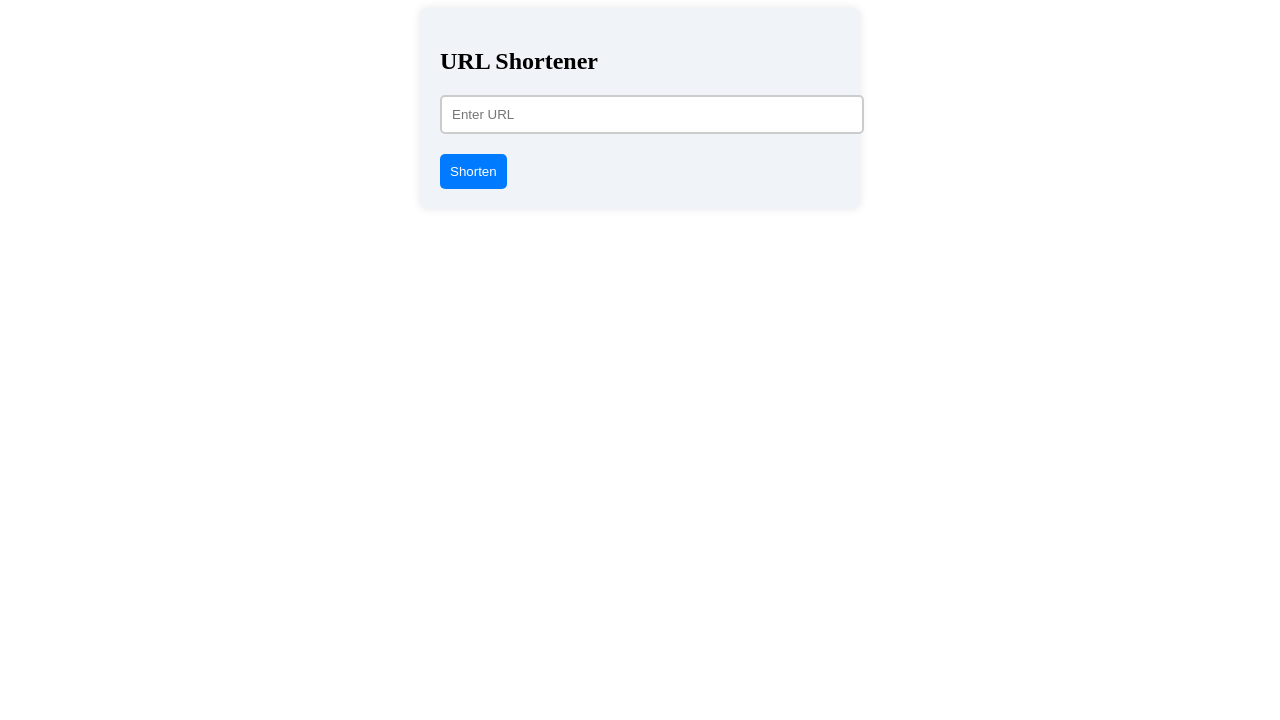
Repository: Tabishhaider72/Backend-Developer-Internship-Assignment
Page: / (app in frontend/)
An editor plug-in stored every save of this project. The page is shown before and after the next save, followed by the edit.
The browser window is 1280 px wide. The pictures show the whole page.
The project was rebuilt for these pictures with package versions that can differ from the ones it lists, and the page was loaded fresh each time.

Above is the page before, as saved 2024-07-13 20:23:09.

After the next save:
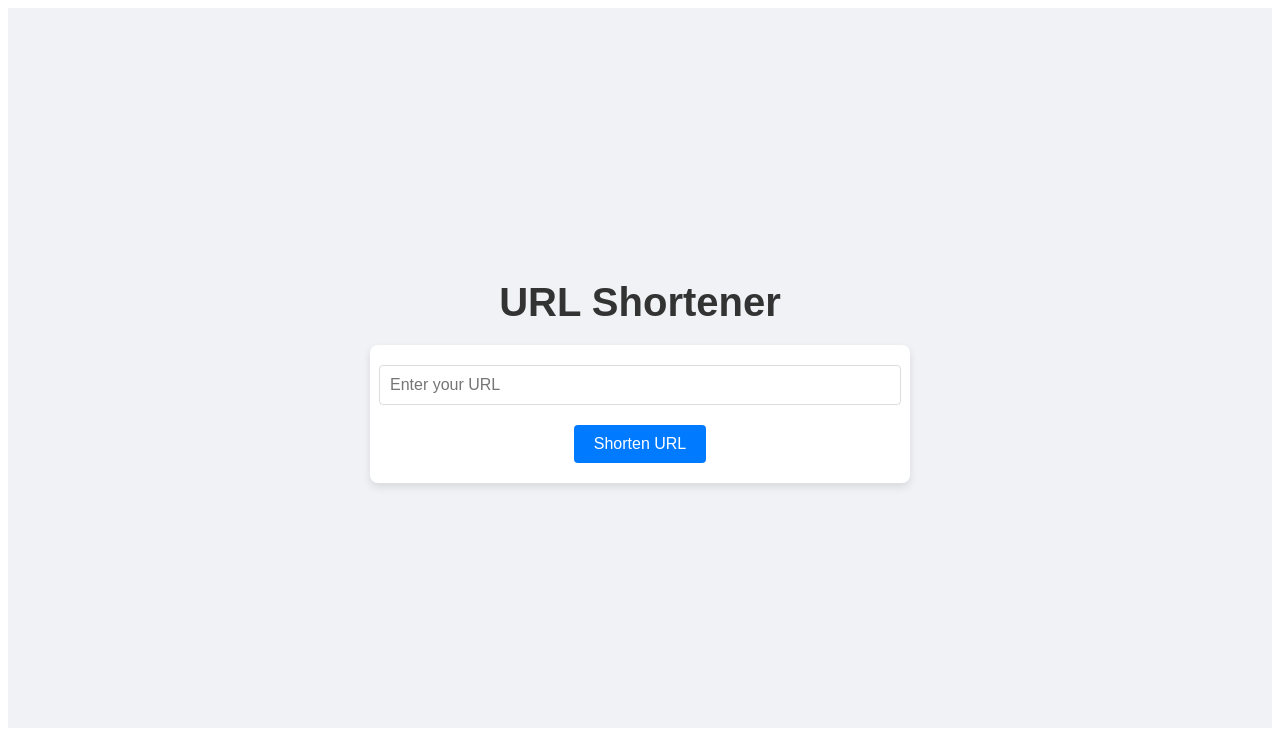
Saved 4 h 23 min later.
--- a/frontend/src/components/UrlInput.js
+++ b/frontend/src/components/UrlInput.js
@@ -1,12 +1,14 @@
+// frontend/src/components/UrlInput.js
+
 import React, { useState } from 'react';
-import './UrlInput.css'; // Importing internal CSS file
 
 const UrlInput = () => {
   const [originalUrl, setOriginalUrl] = useState('');
   const [shortenedUrl, setShortenedUrl] = useState('');
-  const [errorMessage, setErrorMessage] = useState('');
+  const [copySuccess, setCopySuccess] = useState('');
 
-  const handleShortenUrl = async () => {
+  const handleSubmit = async (e) => {
+    e.preventDefault();
     try {
       const response = await fetch('http://localhost:5000/shorten', {
         method: 'POST',
@@ -15,64 +17,103 @@ const UrlInput = () => {
         },
         body: JSON.stringify({ originalUrl }),
       });
-
-      if (!response.ok) {
-        throw new Error('Error shortening URL');
-      }
-
       const data = await response.json();
       setShortenedUrl(`http://localhost:5000/${data.shortCode}`);
     } catch (error) {
       console.error('Error shortening URL:', error);
-      setErrorMessage('Failed to shorten URL');
     }
   };
 
-  const handleInputChange = (event) => {
-    setOriginalUrl(event.target.value);
-  };
-
-  const handleCopyToClipboard = () => {
+  const handleCopy = () => {
     navigator.clipboard.writeText(shortenedUrl);
-    alert('Copied to clipboard!');
+    setCopySuccess('Copied!');
+    setTimeout(() => setCopySuccess(''), 2000);
   };
 
   return (
-    <div className="container mx-auto mt-5 text-center">
-      <div className="url-input-container">
-        <h2 className="mb-4">URL Shortener</h2>
+    <div style={styles.container}>
+      <h1 style={styles.heading}>URL Shortener</h1>
+      <form onSubmit={handleSubmit} style={styles.form}>
         <input
           type="text"
           value={originalUrl}
-          onChange={handleInputChange}
-          placeholder="Enter URL"
-          className="url-input"
+          onChange={(e) => setOriginalUrl(e.target.value)}
+          placeholder="Enter your URL"
+          style={styles.input}
         />
-        <br />
-        <button
-          onClick={handleShortenUrl}
-          className="url-button"
-        >
-          Shorten
-        </button>
-        {shortenedUrl && (
-          <div className="mt-3">
-            <p className="mb-2">Shortened URL:</p>
-            <a href={shortenedUrl} target="_blank" rel="noopener noreferrer" className="shortened-url">
-              {shortenedUrl}
-            </a>
-            <button
-              onClick={handleCopyToClipboard}
-              className="copy-button"
-            >
-              Copy
-            </button>
-          </div>
-        )}
-        {errorMessage && <p className="error-message">{errorMessage}</p>}
-      </div>
+        <button type="submit" style={styles.button}>Shorten URL</button>
+      </form>
+      {shortenedUrl && (
+        <div style={styles.result}>
+          <p style={styles.shortenedUrl}>{shortenedUrl}</p>
+          <button onClick={handleCopy} style={styles.button}>Copy URL</button>
+          {copySuccess && <span style={styles.copySuccess}>{copySuccess}</span>}
+        </div>
+      )}
     </div>
   );
 };
 
+const styles = {
+  container: {
+    display: 'flex',
+    flexDirection: 'column',
+    alignItems: 'center',
+    justifyContent: 'center',
+    height: '100vh',
+    backgroundColor: '#f0f2f5',
+    fontFamily: 'Arial, sans-serif',
+  },
+  heading: {
+    fontSize: '2.5em',
+    color: '#333',
+    marginBottom: '20px',
+  },
+  form: {
+    display: 'flex',
+    flexDirection: 'column',
+    alignItems: 'center',
+    width: '100%',
+    maxWidth: '500px',
+    padding: '20px',
+    backgroundColor: '#fff',
+    boxShadow: '0 4px 8px rgba(0, 0, 0, 0.1)',
+    borderRadius: '8px',
+  },
+  input: {
+    padding: '10px',
+    fontSize: '1em',
+    width: '100%',
+    marginBottom: '20px',
+    border: '1px solid #ddd',
+    borderRadius: '4px',
+  },
+  button: {
+    padding: '10px 20px',
+    fontSize: '1em',
+    cursor: 'pointer',
+    backgroundColor: '#007bff',
+    color: '#fff',
+    border: 'none',
+    borderRadius: '4px',
+    transition: 'background-color 0.3s',
+  },
+  buttonHover: {
+    backgroundColor: '#0056b3',
+  },
+  result: {
+    marginTop: '20px',
+    textAlign: 'center',
+  },
+  shortenedUrl: {
+    fontSize: '1.2em',
+    color: '#333',
+    marginBottom: '10px',
+  },
+  copySuccess: {
+    color: 'green',
+    marginLeft: '10px',
+  },
+};
+
 export default UrlInput;
